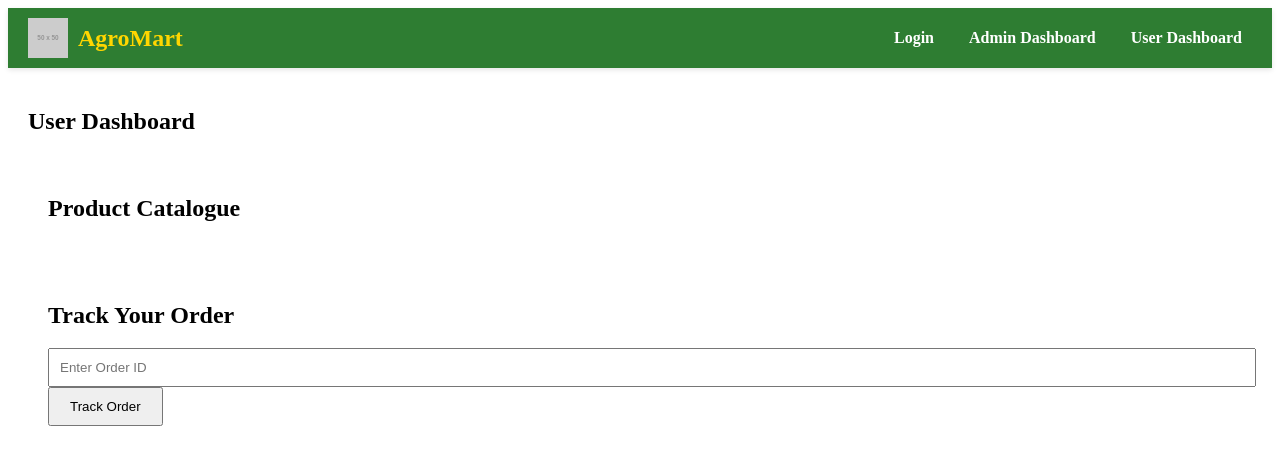
Repository: Hitesh8980/Agro
Page: /user-dashboard (app in Front_end/)
An editor plug-in stored every save of this project. The page is shown before and after the next save, followed by the edit.
The browser window is 1280 px wide. The pictures show the whole page.
The page's requests for data from a server got no answer. The project was rebuilt for these pictures with package versions that can differ from the ones it lists, and the page was loaded fresh each time. No one was signed in, and anything a server would have sent is missing. Also part of the build but not shown: Front_end/vite.config.js, Front_end/src/index.css, Front_end/src/components/orderForm.jsx, Front_end/src/components/adminDashBoard.jsx, Front_end/src/pages/AdminDashboardpage.jsx, Front_end/src/pages/login.jsx, Front_end/src/pages/Logout.jsx.

Above is the page before, as saved 2024-11-28 12:37:03.

After the next save:
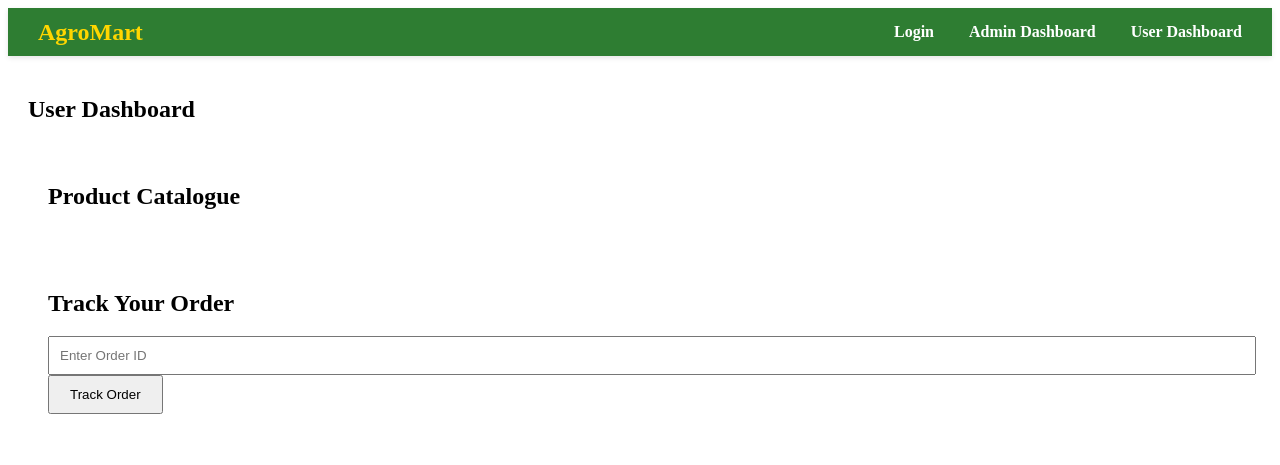
Saved 9 s later.
--- a/Front_end/src/components/navbar.jsx
+++ b/Front_end/src/components/navbar.jsx
@@ -5,11 +5,7 @@
   return (
     <nav style={styles.navbar}>
       <div style={styles.logo}>
-        <img
-          src="https://via.placeholder.com/50x50?text=LOGO" // Replace with your logo URL
-          alt="Logo"
-          style={{ height: '40px' }}
-        />
+
         <span style={styles.brandName}>AgroMart</span>
       </div>
       <div style={styles.links}>
